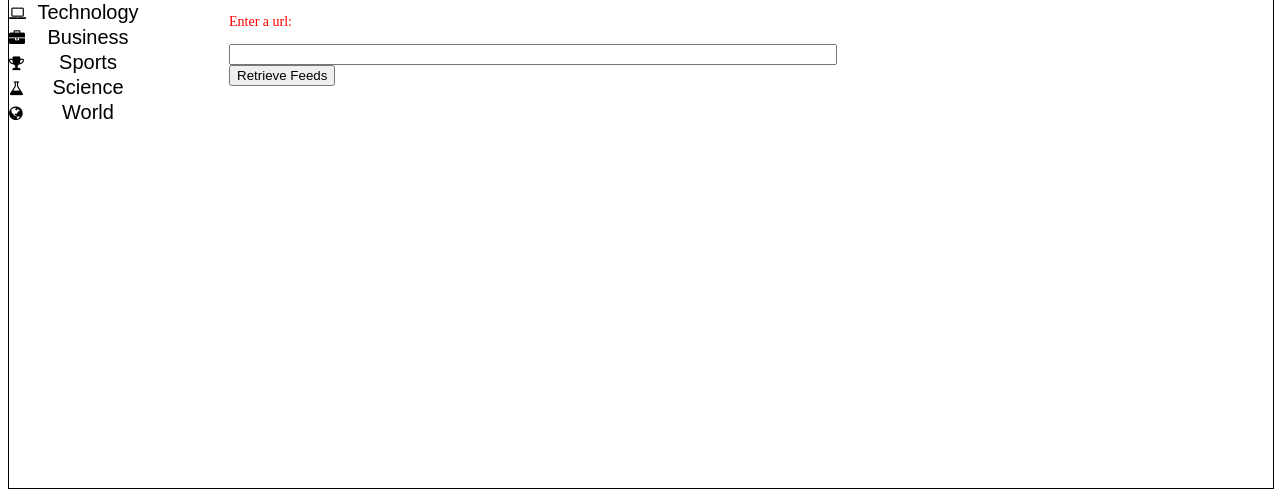
Repository: prm2711/javaapps
Page: http://localhost/RSSFeedProject/
An editor plug-in stored every save of this project. The page is shown before and after the next save, followed by the edit.
The browser window is 1280 px wide. The pictures show the part of the page from y = 121 to 611 px (the page is 1025 px tall).
The pointer rests on the first visible `.submit-button`.
Pictures or frames that could not be fetched are drawn as grey boxes. The page is served by Tomcat 9. Other server files are loaded and not shown.

Above is the page before, as saved 2018-01-19 04:07:01.

### eclipse-workspace/RSSFeedProject/WebContent/index.html
<!DOCTYPE html>
<html>
<head>
<meta charset="ISO-8859-1">
<title>RSS Feed</title>
<link rel="stylesheet" type="text/css" href="css/styles.css">
<link rel="stylesheet"
	href="https://cdnjs.cloudflare.com/ajax/libs/font-awesome/4.7.0/css/font-awesome.min.css">
</head>
<body>
	<div class="container">
		<header>
			<h1>Feeds</h1>
		</header>

		<div class="list-item">
			<form action="RSSRetrieveServlet" method="post">
			<i class="fa fa-laptop" aria-hidden="true"></i>
				<input type="submit" value="Technology" class="business" name='xyz'><br>
				<i class="fa fa-briefcase" aria-hidden="true"></i>
				<input type="submit" value="Business" class="business" name='xyz'><br>
				<i class="fa fa-trophy" aria-hidden="true"></i>
				<input type="submit" value="Sports" class="business" name='xyz'><br>
				<i class="fa fa-flask" aria-hidden="true"></i>
				<input type="submit" value="Science" class="business" name='xyz'><br>
				<i class="fa fa-globe" aria-hidden="true"></i>
				<input type="submit" value="World" class="business" name='xyz'><br>

			</form>
		</div>
       <div class="text-view">
       <p>Enter a url:
       <form action="RSSRetrieveServlet" method="post">
       <input type="text" class="input-box" name="input-box"><br>
       <input type="submit" value="Retrieve Feeds" class="submit-button" name='submit-button'><br>
       </form>
       </p>
       <img alt="News" class="main-img" src="https://africanreporter.co.za/wp-content/uploads/sites/32/2017/08/news-2-e1481703815958.jpg">
      </div>
	</div>

</body>
</html>

### eclipse-workspace/RSSFeedProject/WebContent/css/styles.css
@charset "ISO-8859-1";

.heading {
	font-family: "Lucida Console";
}

h1 {
	color: #4F33FF;
}

div.container {
	width: 100%;
	border: 1px solid black;
	height: 600px;
}

header {
	padding: 1em;
	color: white;
	background-color: black;
	clear: left;
	text-align: center;
	background-image: url("http://www.eglsf.info/wp-content/uploads/submit_news.jpg");
	background-repeat: no-repeat;
    background-size: 1350px 120px;
}

i {
	width: 15px;
}

p {
	color: red;
	font-size: 14px;
}

.business {
	background: white;
	width: 120px;
	border: none;
	font-size: 20px;
	color: black;
}

.text-view {
	width: 79%;
	height: 490px;
}

img {
	height: 75px;
	width: 75px;
	padding: 5px;
}

.main-img {
	height: 400px;
	width: 1050px;
}

.list-item {
	width: 220px;
	height: 490px;
	float: left;
}

.business:hover {
	background: black;
	color: white;
}

.input-box {
	width: 600px;

}

.news-list {
	background: pink;
	border: 1px solid red;
	border-radius: 20px;
	height: 130px;
	display: flex;
	align-items: center;
}

a,a:visited {
	color: #006699;
	cursor: pointer;
	padding: 10px;
}

a:active {
	color: #333;
}

strong {
	font-size: 16px;
}

After the next save:
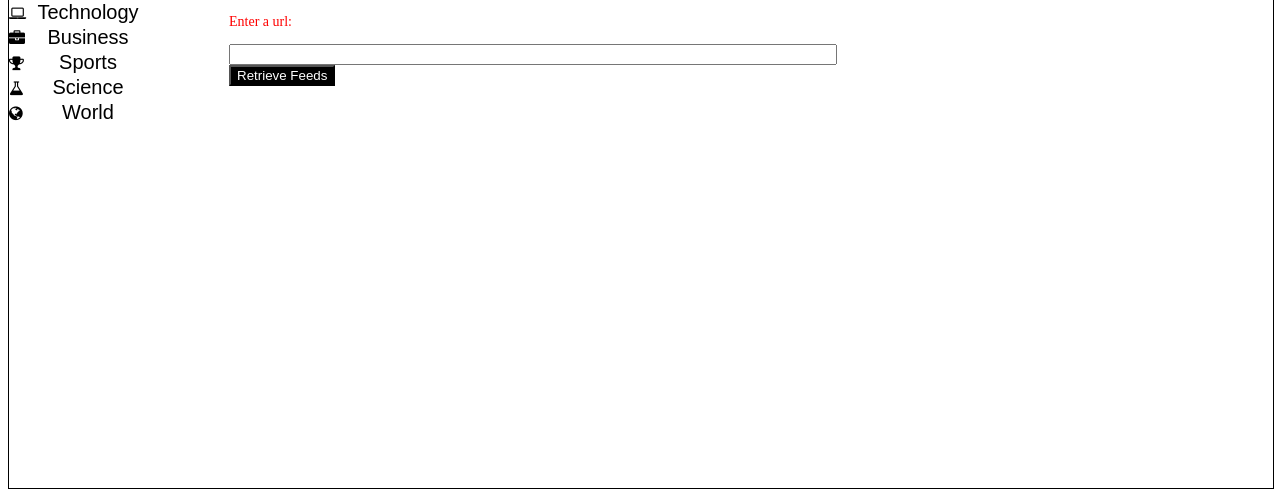
Saved 45 s later.
--- a/eclipse-workspace/RSSFeedProject/WebContent/css/styles.css
+++ b/eclipse-workspace/RSSFeedProject/WebContent/css/styles.css
@@ -74,6 +74,11 @@ img {
 
 }
 
+.submit-button:hover {
+	background: black;
+	color: white;
+}
+
 .news-list {
 	background: pink;
 	border: 1px solid red;
